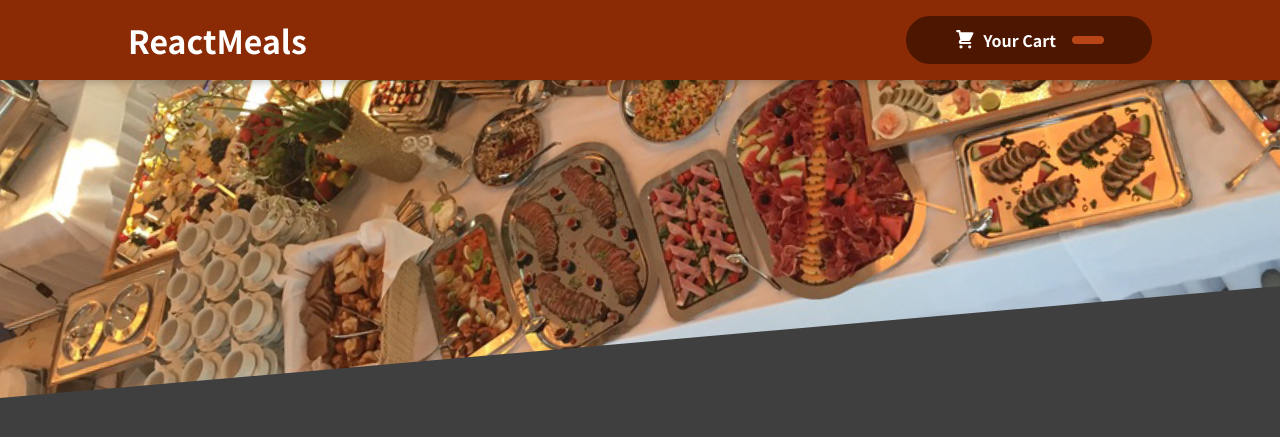
Repository: m-ahmadshaikh/React-Food-Ordering-App
Page: /
These files come from the project's save history. The page is drawn as it stood at one moment and after the next save; the edit follows.
The browser window is 1280 px wide. The pictures show the whole page.
The project was rebuilt for these pictures with package versions that can differ from the ones it lists, and the page was loaded fresh each time.

Above is the page before, as saved 2022-09-08 16:29:01.

After the next save:
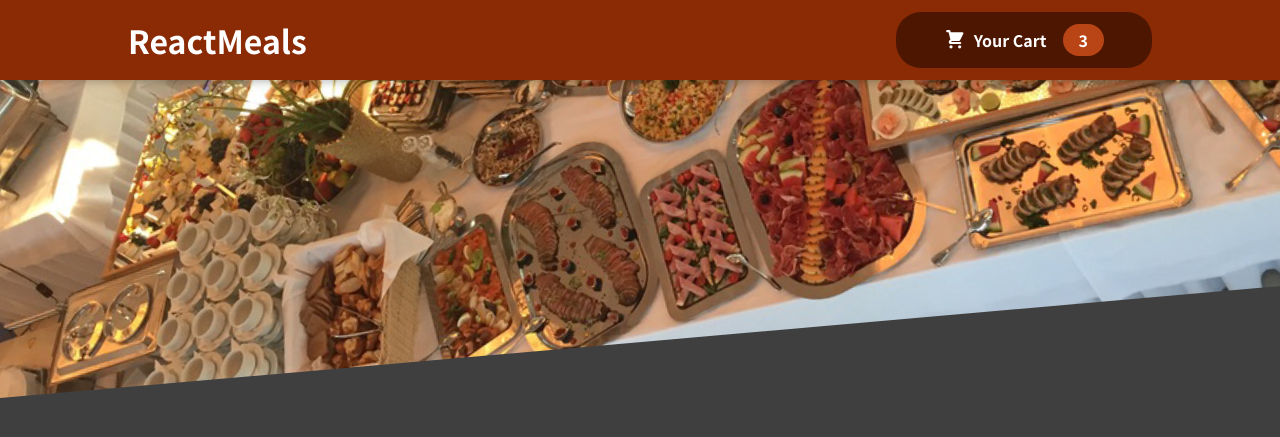
Saved 5 s later.
--- a/src/components/Layout/HeaderCartButton.js
+++ b/src/components/Layout/HeaderCartButton.js
@@ -8,7 +8,7 @@ export default function HeaderCartButton() {
         <CartIcon />
       </span>
       <span>Your Cart</span>
-      <span className={classes.badge}></span>
+      <span className={classes.badge}>3</span>
     </button>
   );
 }
